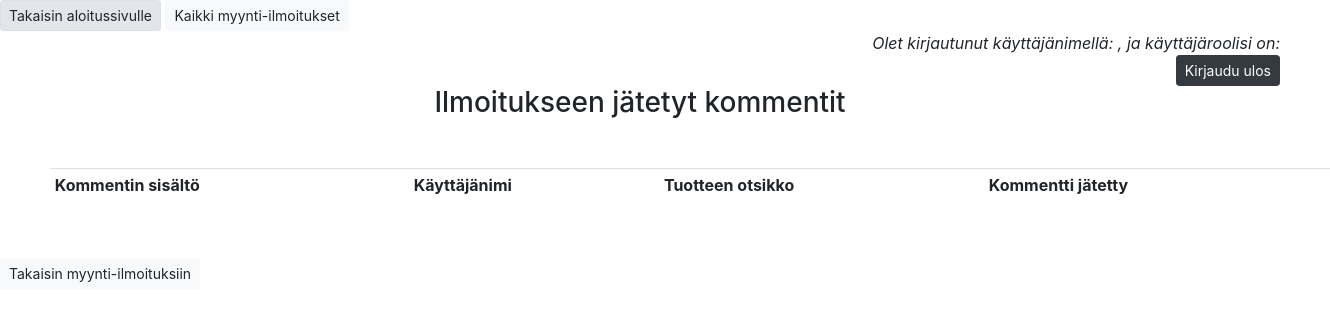
Repository: LiljestromNadja/Backend_s2023_harjoitustyo
Page: http://localhost/articleComments
An editor plug-in stored every save of this project. The page is shown before and after the next save, followed by the edit.
The browser window is 1280 px wide. The page is 1330 px wide, then 1280 px, so the pictures cover 1330 px, including what lies to the right of the window. The pictures show the whole page.
The page is this project's Thymeleaf template; nobody is signed in. The template is opened directly, without the code that normally fills it, so the values that code supplies are empty.

Above is the page before, as saved 2023-11-10 18:23:13.

After the next save:
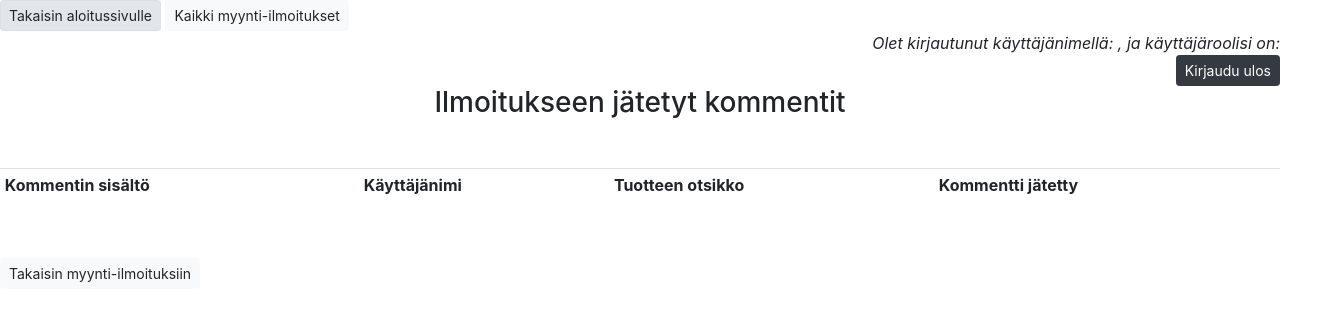
Saved 30 s later.
--- a/harkkas23v02/src/main/resources/templates/articleComments.html
+++ b/harkkas23v02/src/main/resources/templates/articleComments.html
@@ -27,7 +27,7 @@
 		<h3 style="text-align: center">Ilmoitukseen jätetyt kommentit</h3>
 
 		<div style="clear: both; display: block; height: 40px;"></div>
-		<table style="margin-left: 50px; margin-right: 50px" class="table table-hover table-sm">
+		<table class="table table-hover table-sm">
 			<tr>
 				<th>Kommentin sisältö</th> <!-- th == tableHeader -->
 	<!-- 		<th>User</th>  -->
